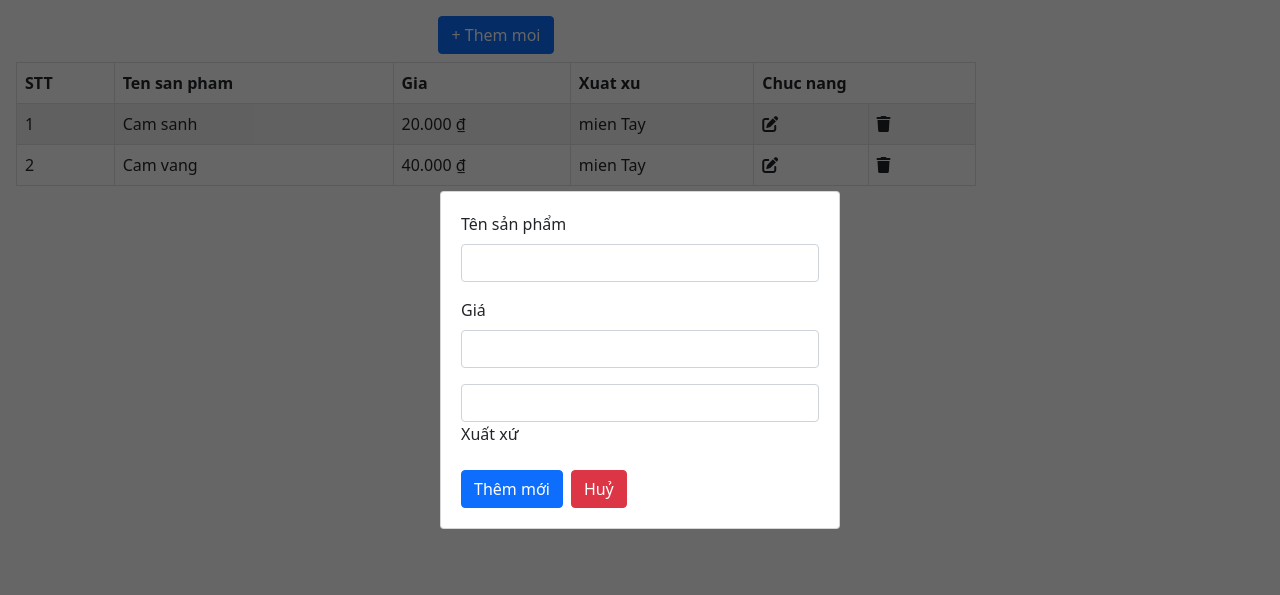
Repository: TinhTT336/MD02_Session12
Page: / (app in client/), after clicking the first element matching `button.btn`
An editor plug-in stored every save of this project. The page is shown before and after the next save, followed by the edit.
The browser window is 1280 px wide. The pictures show the whole page.
The project was rebuilt for these pictures with package versions that can differ from the ones it lists, and the page was loaded fresh each time. Requests to the local data server were answered from the project's data file. Also part of the build but not shown: client/vite.config.js, client/src/App.css, client/src/index.css.

Above is the page before, as saved 2023-09-11 14:05:57.

### client/index.html
<!DOCTYPE html>
<html lang="en">
  <head>
    <meta charset="UTF-8" />
    <link rel="icon" type="image/svg+xml" href="/vite.svg" />
    <meta name="viewport" content="width=device-width, initial-scale=1.0" />
    <title>Vite + React</title>
    <link
      href="https://cdn.jsdelivr.net/npm/bootstrap@5.0.2/dist/css/bootstrap.min.css"
      rel="stylesheet"
      integrity="sha384-EVSTQN3/azprG1Anm3QDgpJLIm9Nao0Yz1ztcQTwFspd3yD65VohhpuuCOmLASjC"
      crossorigin="anonymous"
    />
    <link
      rel="stylesheet"
      href="https://cdnjs.cloudflare.com/ajax/libs/font-awesome/6.4.2/css/all.min.css"
      integrity="sha512-z3gLpd7yknf1YoNbCzqRKc4qyor8gaKU1qmn+CShxbuBusANI9QpRohGBreCFkKxLhei6S9CQXFEbbKuqLg0DA=="
      crossorigin="anonymous"
      referrerpolicy="no-referrer"
    />
  </head>
  <body>
    <div id="root"></div>
    <script type="module" src="/src/main.jsx"></script>
  </body>
</html>

### client/src/App.jsx
import { useState } from 'react'
import reactLogo from './assets/react.svg'
import viteLogo from '/vite.svg'
import './App.css'
import ListProduct from './pages/product/ListProduct'

function App() {
  const [count, setCount] = useState(0)

  return (
    <>
      <ListProduct />
    </>
  )
}

export default App

### client/src/pages/product/ListProduct.jsx
import React, { useEffect, useState } from 'react'
import { formatMoney } from '../../utils/formatData';
import FormAdd from '../../components/admin/manager-product/FormAdd';

export default function ListProduct() {
    const [products, setProducts] = useState([]);
    const [showForm, setShowForm] = useState(false);
    // console.log(products);
    // goi API lay thong tin tat ca san pham
    const loadData = () => {
        fetch("http://localhost:8000/products")
            .then((response) => response.json())// ep kieu ve dang json
            .then((response) => setProducts(response)) // noi co du lieu tra ve
            .catch((error) => console.log(error))// bat loi
    }
    // khi lam viec voi components khong duoc goi ham truc tiep ma su dung useEffect
    // useEffect dung khi can hien thi du lieu ra giao dien
    useEffect(() => {
        loadData();
    }, [])

    /**
     * ham xoa thong 1 product theo id
     * @param {*} id id cua product can xoa
     * Author: TinhTT (11/09/2023)
     */
    const handleDelete = (id) => {
        fetch(`http://localhost:8000/products/${id}`, {
            method: "DELETE",
        }).then((response) => {
            if (response.status === 200) {
                loadData();
            }
        })
            .catch((error) => console.log(error))
    }

    // ham hien thi form them moi
    const handleShowForm = () => {
        setShowForm(true);
    }
    return (
        <>
            {showForm && <FormAdd />}
            <div className='w-75 d-flex align-items-center justify-content-center flex-column m-3'>
                <div >
                    <button onClick={handleShowForm} className='btn btn-primary mb-2 btn-add' style={{ textAlign: "right" }}>+ Them moi</button>
                </div>
                <table className='table table-striped table-hover table-bordered'>
                    <thead>
                        <tr>
                            <th scope='col'>STT</th>
                            <th scope='col'>Ten san pham</th>
                            <th scope='col'>Gia</th>
                            <th scope='col'>Xuat xu</th>
                            <th scope='col' colSpan={2}>Chuc nang</th>
                        </tr>
                    </thead>
                    <tbody>
                        {products.map((pro, index) => (
                            <tr key={pro.id}>
                                <td>{index + 1}</td>
                                <td>{pro.product_name}</td>
                                <td>{formatMoney(pro.price)}</td>
                                <td>{pro.from}</td>
                                <td><i class="fa-solid fa-pen-to-square"></i></td>
                                <td onClick={() => handleDelete(pro.id)}><i class="fa-solid fa-trash"></i></td>
                            </tr>
                        ))}
                    </tbody>
                </table>
            </div>
        </>
    )
}

### client/src/utils/formatData.js
/**
 * ham format tien te Viet Nam
 * @param {*} money chuoi tien te can format
 * @returns chuoi tien te da duoc format
 * Author: TinhTT (11/09/2023)
 */
export const formatMoney = (money) => {
  return money.toLocaleString("vi", { style: "currency", currency: "VND" });
};
export const formatDate = () => {};
export const formatEmail = () => {};

### client/src/components/admin/manager-product/FormAdd.jsx
import React from 'react'
import "./product.css";

export default function FormAdd() {
    return (
        <>
            <div className='product-container'>
                <form className='form-container'>
                    <div className="mb-3">
                        <label htmlFor="productName" className="form-label">
                            Tên sản phẩm
                        </label>
                        <input type="text" className="form-control" name="productName" />
                    </div>
                    <div className="mb-3">
                        <label htmlFor="price" className="form-label">
                            Giá
                        </label>
                        <input type="text" className="form-control" name='price' />
                    </div>
                    <div className="mb-3">
                        <input type="text" className="form-control" name='from' />
                        <label className="form-label" htmlFor="from">
                            Xuất xứ
                        </label>
                    </div>
                    <button type="submit" className="btn btn-primary me-2">
                        Thêm mới
                    </button>
                    <button type="submit" className="btn btn-danger">
                        Huỷ
                    </button>
                </form>

            </div>

        </>
    )
}

### client/src/components/admin/manager-product/product.css
.product-container {
  position: fixed;
  bottom: 0;
  top: 0;
  right: 0;
  left: 0;
  background: rgba(0, 0, 0, 0.6);
  display: flex;
  align-items: center;
  justify-content: center;
  min-height: 100vh;
}
.form-container {
  width: 400px;
  padding: 20px;
  background-color: #fff;
  border: 1px solid #3333;
  border-radius: 4px;
}

### server/db.json
{
  "users": [
    {
      "id": 1,
      "user_name": "Nguyen Van A",
      "gender": 0,
      "address": "Thanh Xuan, Ha Noi",
      "email": "an@gmail.com",
      "password": "123456"
    }
  ],
  "products": [
    {
      "id": 1,
      "product_name": "Cam sanh",
      "price": 20000,
      "from": "mien Tay"
    },
    {
      "id": 2,
      "product_name": "Cam vang",
      "price": 40000,
      "from": "mien Tay"
    }
  ]
}

Loaded but not shown: client/src/main.jsx (common file)

After the next save:
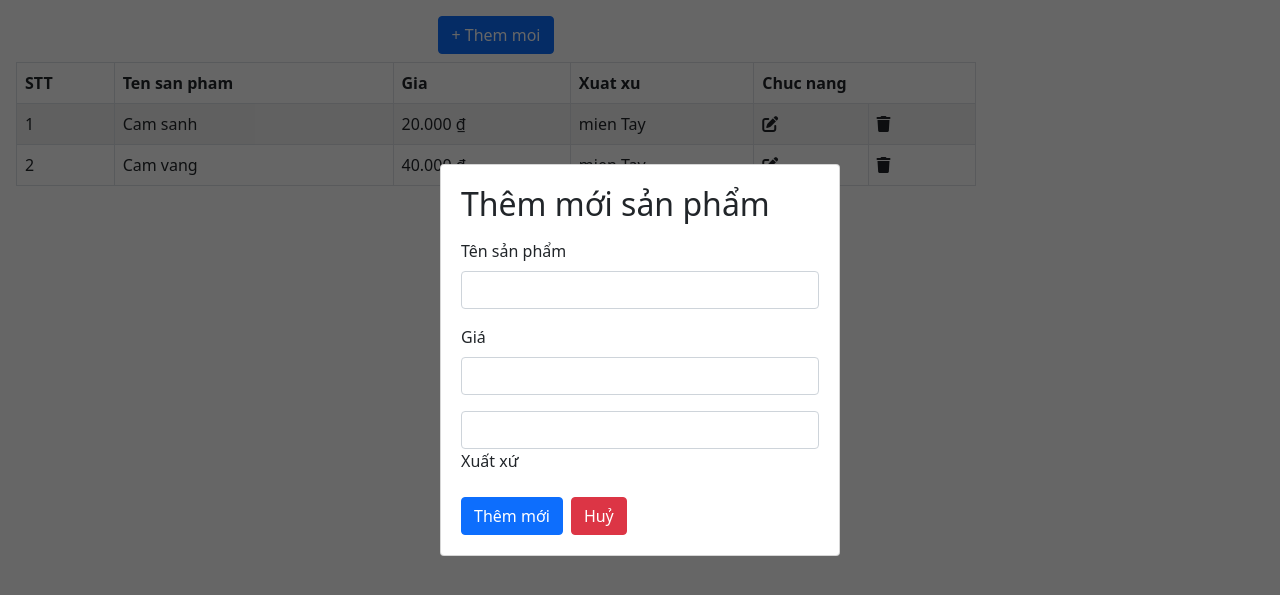
Saved 28 s later.
--- a/client/src/components/admin/manager-product/FormAdd.jsx
+++ b/client/src/components/admin/manager-product/FormAdd.jsx
@@ -6,6 +6,9 @@ export default function FormAdd() {
         <>
             <div className='product-container'>
                 <form className='form-container'>
+                    <div className='mb-3'>
+                        <h2>Thêm mới sản phẩm</h2>
+                    </div>
                     <div className="mb-3">
                         <label htmlFor="productName" className="form-label">
                             Tên sản phẩm
